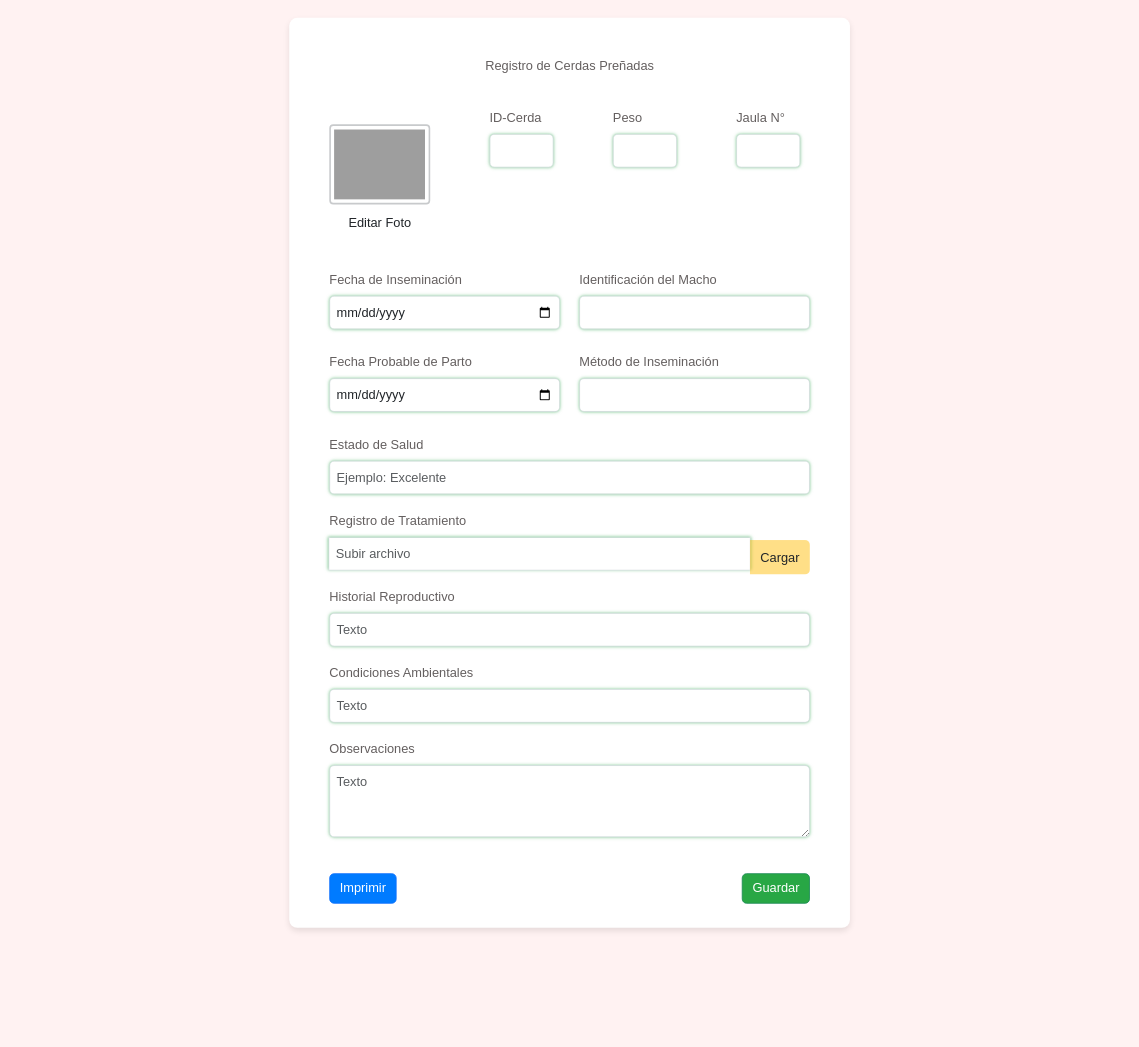
Repository: Mateojimenezz/Granja-Santa-Helena
Page: fomularioRegHembrasPreñadas.html
An editor plug-in stored every save of this project. The page is shown before and after the next save, followed by the edit.
The browser window is 1280 px wide. The pictures show the whole page, at 89% of full size.
Pictures or frames that could not be fetched are drawn as grey boxes. Some web fonts or font styles are not loaded; a fallback is used.

Above is the page before, as saved 2025-04-29 10:57:30.

### fomularioRegHembrasPreñadas.html
<!DOCTYPE html>
<html lang="es">
<head>
  <meta charset="UTF-8">
  <meta name="viewport" content="width=device-width, initial-scale=1.0">
  <title>Formulario de Registro de Cerdas</title>
  <link href="https://cdn.jsdelivr.net/npm/bootstrap@5.3.0/dist/css/bootstrap.min.css" rel="stylesheet">
  <link href="https://fonts.googleapis.com/css2?family=Calistoga&display=swap" rel="stylesheet">
  <link rel="stylesheet" href="./assets/css/fomularioRegHembrasPreñadas.css">
</head>
<body>
    <div class="form-container">
        <h3 class="text-center mb-4">Registro de Cerdas Preñadas</h3>
        <form id="cerdaForm">
          <!-- Campos principales: ID, Peso y Jaula -->
          <div class="row mb-3 ">
            <div class=" col-md-3 DivphotoCerda text-center mb-4">
                <!-- Imagen de la cerda -->
                <img id="cerdaPhoto" src="./assets/img/default-photo.jpg" alt="Foto de la Cerda" class="img-thumbnail" >
                <!-- Botón para editar foto -->
                <a class="btn btn-cerdaPhoto mt-1" onclick="document.getElementById('photoInput').click()">Editar Foto</a>
                <!-- Input oculto para subir la foto -->
                <input type="file" id="photoInput" style="display: none;" accept="image/*" onchange="updatePhoto(event)">
              </div>
            <div class="col-md-2 input-group1 mb-3">
              <label for="idCerda" class="form-label">ID-Cerda</label>
              <input type="text" class="form-control" id="idCerda" name="idCerda" required>
            </div>
            <div class="col-md-2 input-group1">
              <label for="pesoCerda" class="form-label">Peso</label>
              <input type="text" class="form-control" id="pesoCerda" name="pesoCerda" required>
            </div>
            <div class="col-md-2 input-group1">
              <label for="jaulaCerda" class="form-label">Jaula N°</label>
              <input type="text" class="form-control" id="jaulaCerda" name="jaulaCerda" required>
            </div>
          </div>
          <div class="row mb-4">
            <!-- Fecha de Inseminación -->
            <div class="col-md-6">
              <label for="fechaInseminacion" class="form-label">Fecha de Inseminación</label>
              <input type="date" class="form-control" id="fechaInseminacion" name="fechaInseminacion" placeholder="DD/MM/AAAA" required>
            </div>

            <!-- Identificación del Macho -->
            <div class="col-md-6">
              <label for="idMacho" class="form-label">Identificación del Macho</label>
              <input type="text" class="form-control" id="idMacho" name="idMacho" required>
            </div>
            </div>
            <div class="row mb-4">
                <!-- Fecha Probable de Parto -->
                <div class="col-md-6">
                <label for="fechaParto" class="form-label">Fecha Probable de Parto</label>
                <input type="date" class="form-control" id="fechaParto" name="fechaParto" placeholder="DD/MM/AAAA" required>
            </div>

            <!-- Método de Inseminación -->
            <div class="col-md-6">
                <label for="metodoInseminacion" class="form-label">Método de Inseminación</label>
                <input type="text" class="form-control" id="metodoInseminacion" name="metodoInseminacion" required>
            </div>
            </div>
            <div class="row mb-4">
                <!-- Estado de Salud -->
                <div class="col-md-12 mb-3">
                  <label for="estadoSalud" class="form-label">Estado de Salud</label>
                  <input type="text" class="form-control" id="estadoSalud" name="estadoSalud" placeholder="Ejemplo: Excelente" required>
                </div>

                <!-- Registro de Tratamiento con el botón dentro del input -->
                <div class="col-md-12 mb-3">
                  <label for="registroTratamiento" class="form-label">Registro de Tratamiento</label>
                  <div class="input-group">
                    <input type="file" class="form-control" id="registroTratamiento" style="display: none;" accept=".pdf,.doc,.docx">
                    <input type="text" class="form-control" placeholder="Subir archivo" readonly id="archivoNombre">
                    <button type="button" class="btn btn-tratamiento mt-1" onclick="document.getElementById('registroTratamiento').click()">Cargar</button>
                  </div>
                </div>

                <!-- Historial Reproductivo -->
                <div class="col-md-12 mb-3">
                  <label for="historialReproductivo" class="form-label">Historial Reproductivo</label>
                  <input type="text" class="form-control" id="historialReproductivo" name="historialReproductivo" placeholder="Texto" required>
                </div>

                <!-- Condiciones Ambientales -->
                <div class="col-md-12 mb-3">
                  <label for="condicionesAmbientales" class="form-label">Condiciones Ambientales</label>
                  <input type="text" class="form-control" id="condicionesAmbientales" name="condicionesAmbientales" placeholder="Texto" required>
                </div>

                <!-- Observaciones -->
                <div class="col-md-12 mb-3">
                  <label for="observaciones" class="form-label">Observaciones</label>
                  <textarea class="form-control" id="observaciones" name="observaciones" rows="3" placeholder="Texto" required></textarea>
                </div>
              </div>





          <!-- Botones de imprimir y guardar -->
          <div class="button-group text-center">
            <button type="button" class="btn btn-primary btn-print me-2" onclick="imprimirFormulario()">Imprimir</button>
            <button type="submit" class="btn btn-success btn-save">Guardar</button>
          </div>
        </form>
      </div>



  <!-- Bootstrap JavaScript -->
  <script src="https://cdn.jsdelivr.net/npm/bootstrap@5.3.0/dist/js/bootstrap.bundle.min.js"></script>
  <script src="./assets/js/fomularioRegHembrasPreñadas.js"></script>

</body>
</html>

### assets/css/fomularioRegHembrasPreñadas.css
@import "./variables.css";
body {
    background-color: var(--color-FondoDiv2);
    font-family: Arial;
    color: var(--color-TextoMenuLateral);
    transform: scale(0.9); /* Escalar el contenido al 90% */
    transform-origin: top ; /* Mantener el contenido en la esquina superior izquierda */
    padding: 0;
  }
.form-container {
    max-width: 700px;
    margin:20px auto;
    padding: 30px 50px;
    background-color: var( --fondo-formularios);
    border-radius: 10px;
    box-shadow: 0 4px 8px rgba(0, 0, 0, 0.1);
  }
  .form-container h3 {
    font-family: var(--font-principal);
    color: var(--color-TextoMenuLateral);
    margin-top: 20px;
    padding-bottom: 20px;
    font-size: 1em;

  }
  .button-group {
    display: flex;
    justify-content: space-between;
    margin-top: 20px;
  }
  .btn-print {
    background-color: #007bff;
    color: white;
  }
  .btn-save {
    background-color: #28a745;
    color: white;
  }
  .btn:hover {
    opacity: 0.9;
  }
  .DivphotoCerda {
    margin-top: 20px;
    width: 150px;

  }
  .DivphotoCerda img {
    border-radius: 5px;
    border: 2px solid #c8cacc;
    width: 150px;
    height: 100px;
    object-fit: cover;
  }
  .input-group1{
    gap: 20px;
    margin-left: 50px;
  }
  .form-control {
    margin-bottom: 5px; /* Espaciado más reducido entre campos */
    padding: 8px; /* Reduce el tamaño interno del input */
    box-shadow: 0 0px 4px 0px  rgba(25, 157, 60, 0.6) /* Sombra verde */

  }
  .form-control:focus {
    border-color: var(--color-principal); /* Cambia el color del borde al enfocar */
    box-shadow: 0 0 4px var(--color-principal); /* Sombra verde al enfocar */
  }
  .btn-tratamiento{
    background-color: var(  --color-Botones);

  }




  @media screen and (max-width: 991px) {
    body {
      transform: scale(0.9); /* Escalar el contenido al 90% en pantallas pequeñas */
      margin:0px; /* Elimina el margen en pantallas pequeñas */

    }
    .form-container {
      padding: 20px; /* Reduce el padding en pantallas pequeñas */

    }
    .input-group1{
        gap: 10px;
        margin-left: 5px;
      }
      .DivphotoCerda {
      margin-left: 100px;
    }}

### assets/js/fomularioRegHembrasPreñadas.js

// Función para imprimir el formulario
function imprimirFormulario() {
  window.print();
}

// Función para guardar los datos
document.getElementById('cerdaForm').addEventListener('submit', async function (event) {
  event.preventDefault();

  // Crear un objeto FormData para enviar los datos
  const formData = new FormData(this);

  try {
    // Enviar los datos al backend
    const response = await fetch('http://localhost:3000/guardarCerda', {
      method: 'POST',
      body: formData
    });

    if (response.ok) {
      alert('Cerda registrada correctamente');
      this.reset(); // Reinicia el formulario
    } else {
      alert('Error al guardar los datos');
    }
  } catch (error) {
    console.error('Error:', error);
    alert('Ocurrió un problema al guardar los datos.');
  }
});
// Función para actualizar la foto de la cerda
function updatePhoto(event) {
const file = event.target.files[0];
if (file) {
const reader = new FileReader();
reader.onload = function (e) {
  const photoElement = document.getElementById('cerdaPhoto');
  photoElement.src = e.target.result;

  // Añadir margin-top de -20px
  photoElement.style.marginTop = '-20px';
};
reader.readAsDataURL(file);
}
}

//----------------------------------------------------------------------
//funcion para carar archivo

document.getElementById('registroTratamiento').addEventListener('change', function () {
    const archivo = this.files[0];
    if (archivo) {
      document.getElementById('archivoNombre').value = archivo.name;
    }
  });

### assets/css/variables.css
/* variables.css */
:root {
    --color-principal: #1CAD48 ;
    --color-Botones: rgba(255, 187, 0, 0.47);
    --color-texto: white;
    --color-fondo: #f5f5f5;
    --font-principal: 'calistoga','arial';
    --color-fondoDiv: #F8E91C;
    --color-FondoDiv2:#FFF2F2;
    --color-Footter: #D9D9D9;
    --letra-gris: #B0B0B7;
    --color-menu-lateral:#BDEAAD;
    --color-TextoMenuLateral:#645f5f; /* Color de texto del menú lateral */
    --fondo-formularios:#FFFFFF; /* Color de fondo de los formularios */
  }

After the next save:
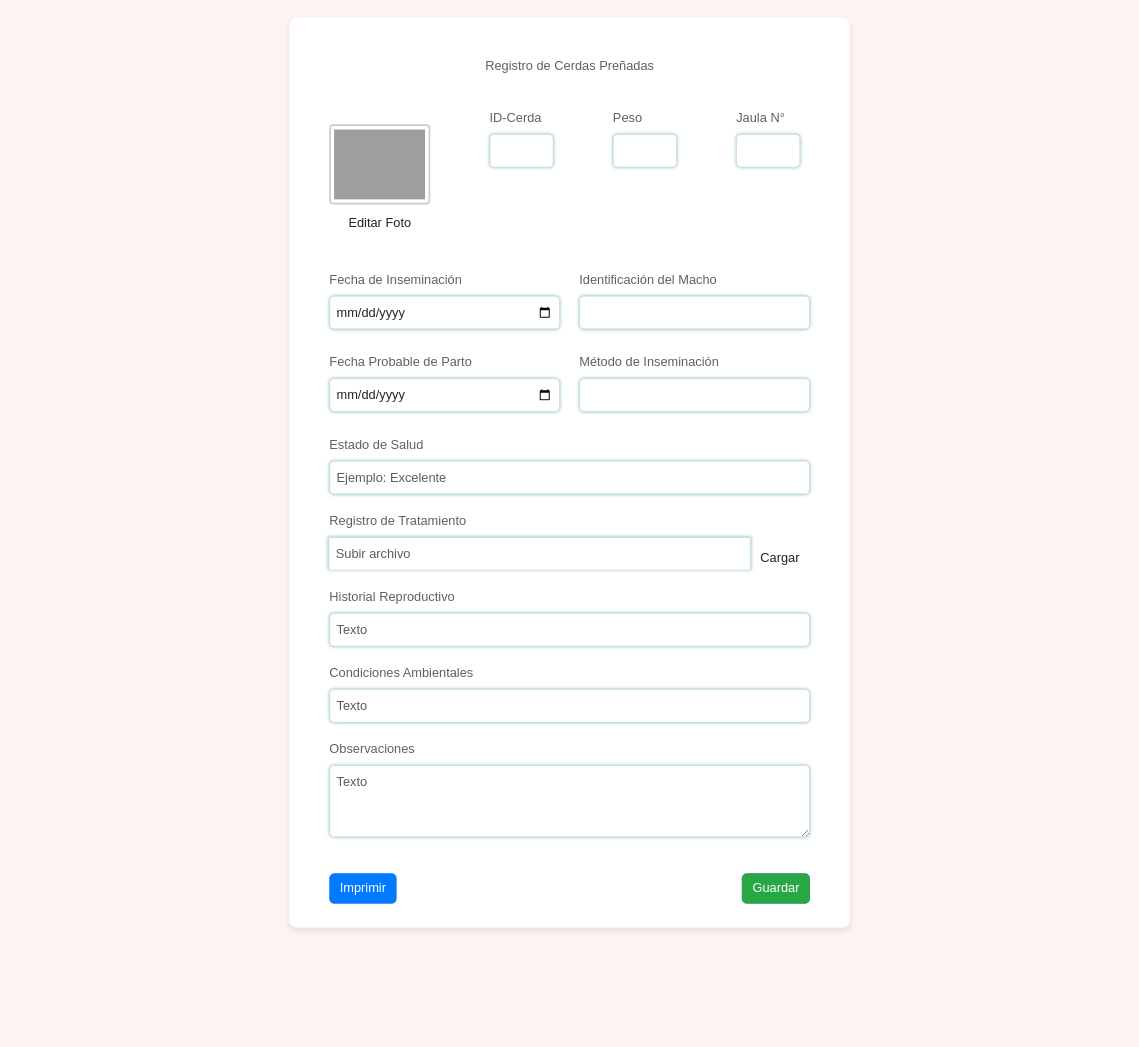
Saved 4 s later.
--- a/assets/css/fomularioRegHembrasPreñadas.css
+++ b/assets/css/fomularioRegHembrasPreñadas.css
@@ -66,6 +66,7 @@ body {
     box-shadow: 0 0 4px var(--color-principal); /* Sombra verde al enfocar */
   }
   .btn-tratamiento{
+    posi
     background-color: var(  --color-Botones);
 
   }

After the 3 saves that followed:
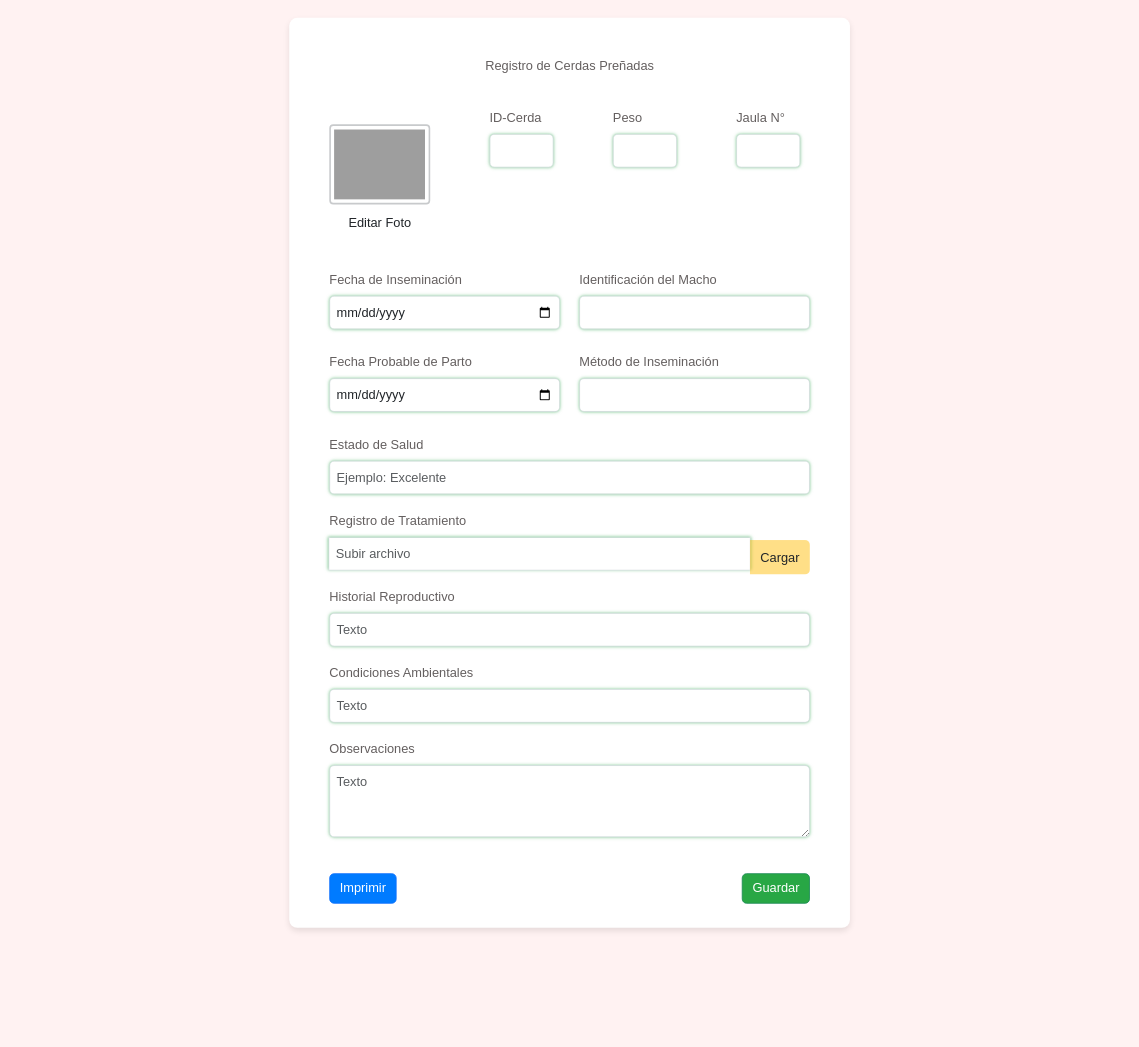
The 3 saves are shown as one change because they came seconds apart.
The last was saved 8 s later.
--- a/assets/css/fomularioRegHembrasPreñadas.css
+++ b/assets/css/fomularioRegHembrasPreñadas.css
@@ -66,7 +66,8 @@ body {
     box-shadow: 0 0 4px var(--color-principal); /* Sombra verde al enfocar */
   }
   .btn-tratamiento{
-    posi
+    position: absolute;
+    top: 0px;
     background-color: var(  --color-Botones);
 
   }
